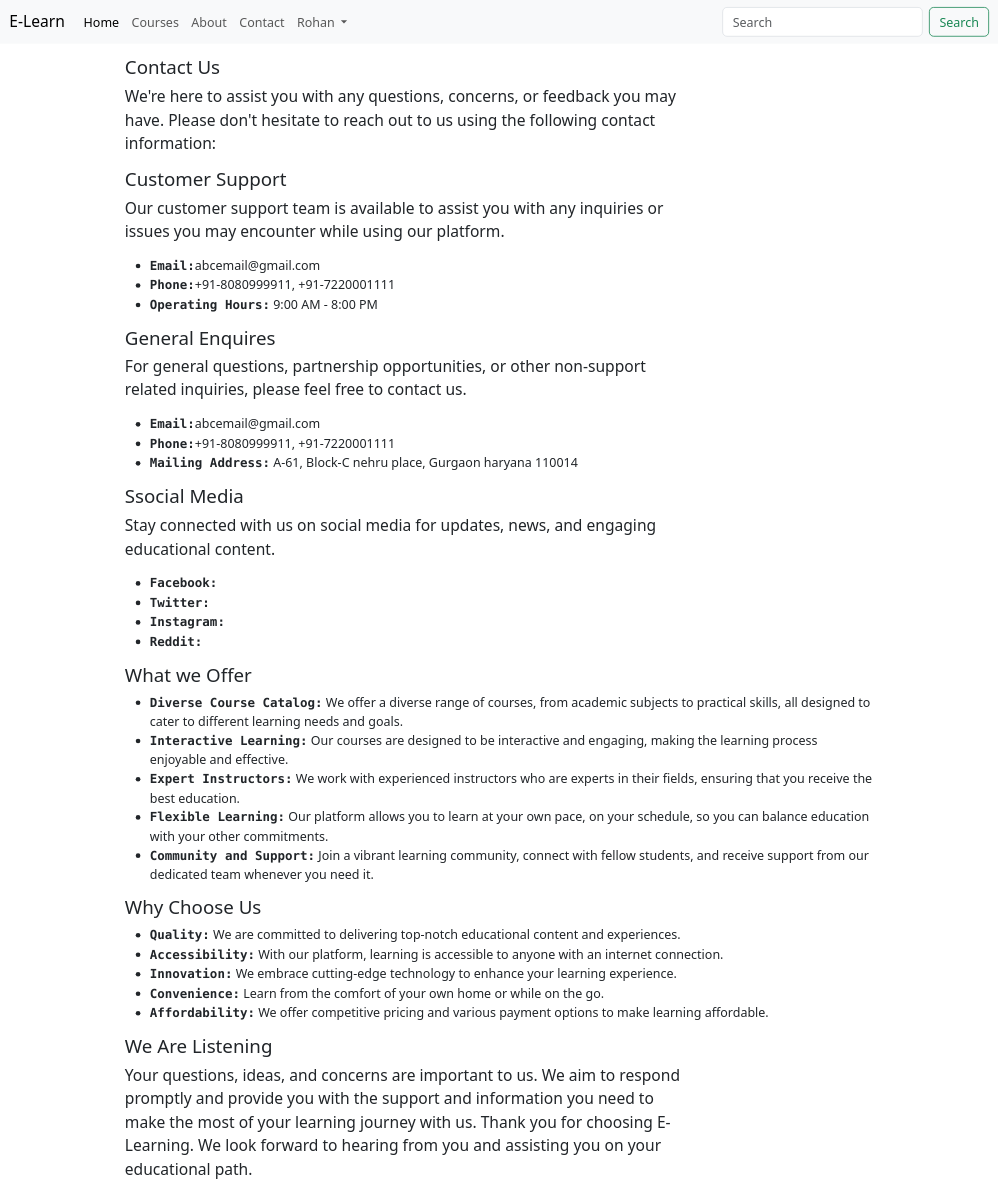
Repository: syni18/bootstrap_elarn
Page: Contact.html
These files come from the project's save history. The page is drawn as it stood at one moment and after the next save; the edit follows.
The browser window is 1280 px wide. The pictures show the whole page, at 78% of full size.

Above is the page before, as saved 2023-10-25 23:43:39.

### Contact.html
<!DOCTYPE html>
<html lang="en">
  <head>
    <meta charset="utf-8" />
    <meta name="viewport" content="width=device-width, initial-scale=1" />
    <title>E-Learning</title>
    <link
      href="https://cdn.jsdelivr.net/npm/bootstrap@5.3.2/dist/css/bootstrap.min.css"
      rel="stylesheet"
      integrity="sha384-T3c6CoIi6uLrA9TneNEoa7RxnatzjcDSCmG1MXxSR1GAsXEV/Dwwykc2MPK8M2HN"
      crossorigin="anonymous"
    />
  </head>
  <body>
    <nav class="navbar navbar-expand-lg bg-body-tertiary">
      <div class="container-fluid">
        <a class="navbar-brand" href="#">E-Learn</a>
        <button
          class="navbar-toggler"
          type="button"
          data-bs-toggle="collapse"
          data-bs-target="#navbarSupportedContent"
          aria-controls="navbarSupportedContent"
          aria-expanded="false"
          aria-label="Toggle navigation"
        >
          <span class="navbar-toggler-icon"></span>
        </button>
        <div class="collapse navbar-collapse" id="navbarSupportedContent">
          <ul class="navbar-nav me-auto mb-2 mb-lg-0">
            <li class="nav-item">
              <a class="nav-link active" aria-current="page" href="#">Home</a>
            </li>
            <li class="nav-item">
              <a class="nav-link" href="#">Courses</a>
            </li>
            <li class="nav-item">
              <a class="nav-link" href="/About.html">About</a>
            </li>
            <li class="nav-item">
              <a class="nav-link" href="#">Contact</a>
            </li>
            <li class="nav-item dropdown">
              <a
                class="nav-link dropdown-toggle"
                href="#"
                role="button"
                data-bs-toggle="dropdown"
                aria-expanded="false"
              >
                Rohan
              </a>
              <ul class="dropdown-menu">
                <li><a class="dropdown-item" href="#">My Profile</a></li>
                <li><a class="dropdown-item" href="#">My Courses</a></li>
                <li><hr class="dropdown-divider" /></li>
                <li><a class="dropdown-item" href="#">Log Out</a></li>
              </ul>
            </li>
          </ul>
          <form class="d-flex" role="search">
            <input
              class="form-control me-2"
              type="search"
              placeholder="Search"
              aria-label="Search"
            />
            <button class="btn btn-outline-success" type="submit">
              Search
            </button>
          </form>
        </div>
      </div>
    </nav>

    <div class="m-auto w-75">
      <div class="mt-3">
        <h6 class="fs-4">Contact Us</h6>
        <p class="w-75 lead">
          We're here to assist you with any questions, concerns, or feedback you may have. Please don't hesitate to reach out to us using the following contact information:
        </p>
      </div>
      <div class="mt-3">
        <h6 class="fs-4">Customer Support</h6>
        <p class="w-75 lead">
          Our customer support team is available to assist you with any inquiries or issues you may encounter while using our platform.
        </p>
        <ul>
            <li>
                <samp class="fw-bolder">Email:</samp>abcemail@gmail.com
            </li>
            <li>
                <samp class="fw-bolder">Phone:</samp>+91-8080999911, +91-7220001111
            </li>
            <li>
                <samp class="fw-bolder">Operating Hours:</samp> 9:00 AM - 8:00 PM
            </li>
        </ul>
      </div>
      <div class="mt-3">
        <h6 class="fs-4">General Enquires</h6>
        <p class="w-75 lead">
          For general questions, partnership opportunities, or other non-support related inquiries, please feel free to contact us.
        </p>
        <ul>
            <li>
                <samp class="fw-bolder">Email:</samp>abcemail@gmail.com
            </li>
            <li>
                <samp class="fw-bolder">Phone:</samp>+91-8080999911, +91-7220001111
            </li>
            <li>
                <samp class="fw-bolder">Mailing Address:</samp> A-61, Block-C nehru place, Gurgaon haryana 110014
            </li>
        </ul>
      </div>
       <div class="mt-3">
        <h6 class="fs-4">Ssocial Media</h6>
        <p class="w-75 lead">
          Stay connected with us on social media for updates, news, and engaging educational content.
        </p>
        <ul>
            <li>
                <samp class="fw-bolder">Facebook:</samp>
            </li>
            <li>
                <samp class="fw-bolder">Twitter:</samp>
            </li>
            <li>
                <samp class="fw-bolder">Instagram:<samp>
            </li>
            <li>
                <samp class="fw-bolder">Reddit:<samp>
            </li>
        </ul>
      </div>

      <div class="mt-3">
        <h6 class="fs-4">What we Offer</h6>
        <ul class="">
          <li class="">
            <samp class="fw-bolder">Diverse Course Catalog:</samp> We offer a
            diverse range of courses, from academic subjects to practical
            skills, all designed to cater to different learning needs and goals.
          </li>
          <li>
            <samp class="fw-bolder">Interactive Learning:</samp> Our courses are
            designed to be interactive and engaging, making the learning process
            enjoyable and effective.
          </li>
          <li>
            <samp class="fw-bolder">Expert Instructors:</samp> We work with
            experienced instructors who are experts in their fields, ensuring
            that you receive the best education.
          </li>
          <li>
            <samp class="fw-bolder">Flexible Learning:</samp> Our platform
            allows you to learn at your own pace, on your schedule, so you can
            balance education with your other commitments.
          </li>
          <li>
            <samp class="fw-bolder">Community and Support:</samp> Join a vibrant
            learning community, connect with fellow students, and receive
            support from our dedicated team whenever you need it.
          </li>
        </ul>
      </div>
      <div class="mt-3">
        <h6 class="fs-4">Why Choose Us</h6>
        <ul class="">
          <li class="">
            <samp class="fw-bolder">Quality:</samp> We are committed to
            delivering top-notch educational content and experiences.
          </li>
          <li>
            <samp class="fw-bolder">Accessibility:</samp> With our platform,
            learning is accessible to anyone with an internet connection.
          </li>
          <li>
            <samp class="fw-bolder">Innovation:</samp> We embrace cutting-edge
            technology to enhance your learning experience.
          </li>
          <li>
            <samp class="fw-bolder">Convenience:</samp> Learn from the comfort
            of your own home or while on the go.
          </li>
          <li>
            <samp class="fw-bolder">Affordability:</samp> We offer competitive
            pricing and various payment options to make learning affordable.
          </li>
        </ul>
      </div>
      <div class="mt-3">
        <h6 class="fs-4">We Are Listening</h6>
        <p class="w-75 lead">
          Your questions, ideas, and concerns are important to us. We aim to respond promptly and provide you with the support and information you need to make the most of your learning journey with us.
          Thank you for choosing E-Learning. We look forward to hearing from you and assisting you on your educational path.
        </p>
      </div>
    </div>

    <script
      src="https://cdn.jsdelivr.net/npm/bootstrap@5.3.2/dist/js/bootstrap.bundle.min.js"
      integrity="sha384-C6RzsynM9kWDrMNeT87bh95OGNyZPhcTNXj1NW7RuBCsyN/o0jlpcV8Qyq46cDfL"
      crossorigin="anonymous"
    ></script>
  </body>
</html>

After the next save:
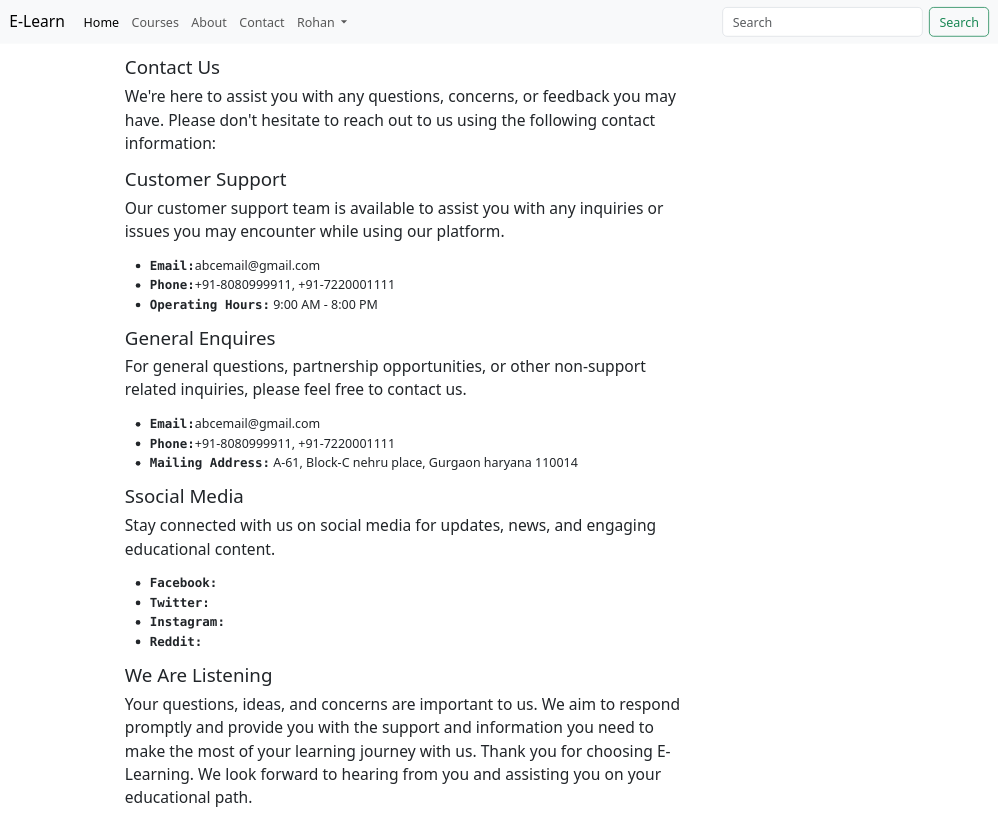
Saved 34 s later.
--- a/Contact.html
+++ b/Contact.html
@@ -136,61 +136,6 @@
       </div>
 
       <div class="mt-3">
-        <h6 class="fs-4">What we Offer</h6>
-        <ul class="">
-          <li class="">
-            <samp class="fw-bolder">Diverse Course Catalog:</samp> We offer a
-            diverse range of courses, from academic subjects to practical
-            skills, all designed to cater to different learning needs and goals.
-          </li>
-          <li>
-            <samp class="fw-bolder">Interactive Learning:</samp> Our courses are
-            designed to be interactive and engaging, making the learning process
-            enjoyable and effective.
-          </li>
-          <li>
-            <samp class="fw-bolder">Expert Instructors:</samp> We work with
-            experienced instructors who are experts in their fields, ensuring
-            that you receive the best education.
-          </li>
-          <li>
-            <samp class="fw-bolder">Flexible Learning:</samp> Our platform
-            allows you to learn at your own pace, on your schedule, so you can
-            balance education with your other commitments.
-          </li>
-          <li>
-            <samp class="fw-bolder">Community and Support:</samp> Join a vibrant
-            learning community, connect with fellow students, and receive
-            support from our dedicated team whenever you need it.
-          </li>
-        </ul>
-      </div>
-      <div class="mt-3">
-        <h6 class="fs-4">Why Choose Us</h6>
-        <ul class="">
-          <li class="">
-            <samp class="fw-bolder">Quality:</samp> We are committed to
-            delivering top-notch educational content and experiences.
-          </li>
-          <li>
-            <samp class="fw-bolder">Accessibility:</samp> With our platform,
-            learning is accessible to anyone with an internet connection.
-          </li>
-          <li>
-            <samp class="fw-bolder">Innovation:</samp> We embrace cutting-edge
-            technology to enhance your learning experience.
-          </li>
-          <li>
-            <samp class="fw-bolder">Convenience:</samp> Learn from the comfort
-            of your own home or while on the go.
-          </li>
-          <li>
-            <samp class="fw-bolder">Affordability:</samp> We offer competitive
-            pricing and various payment options to make learning affordable.
-          </li>
-        </ul>
-      </div>
-      <div class="mt-3">
         <h6 class="fs-4">We Are Listening</h6>
         <p class="w-75 lead">
           Your questions, ideas, and concerns are important to us. We aim to respond promptly and provide you with the support and information you need to make the most of your learning journey with us.
